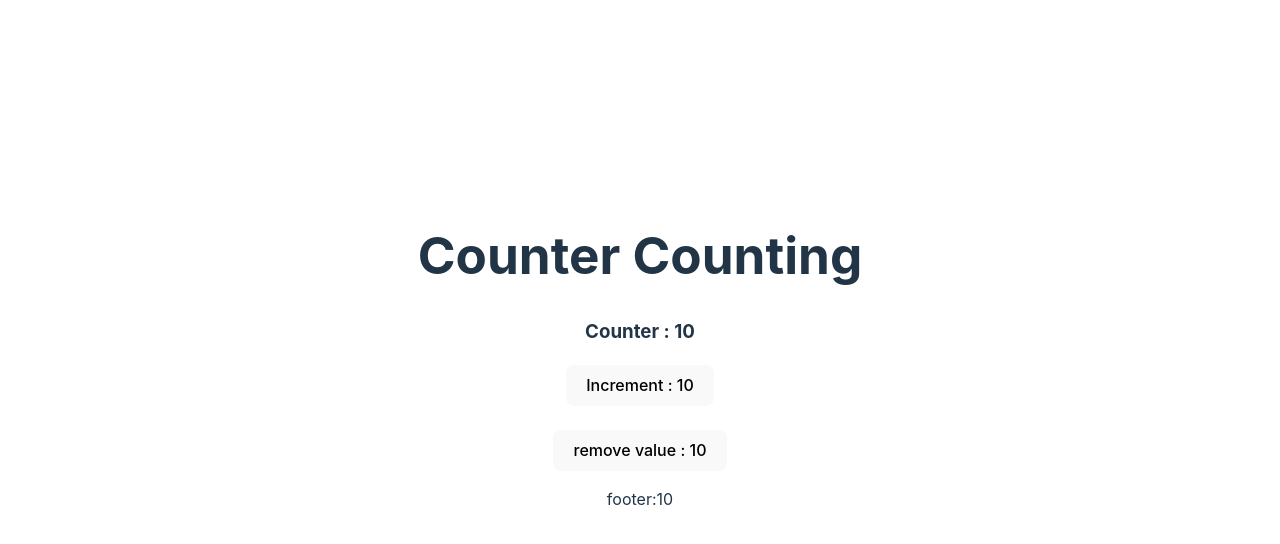
Repository: ARUN-YERRAM/REACTLEARNING
Page: / (app in 02counter/)
These files come from the project's save history. The page is drawn as it stood at one moment and after the next save; the edit follows.
The browser window is 1280 px wide. The pictures show the whole page.
The project was rebuilt for these pictures with package versions that can differ from the ones it lists, and the page was loaded fresh each time. Also part of the build but not shown: 02counter/vite.config.js.

Above is the page before, as saved 2024-09-16 16:02:20.

After the next save:
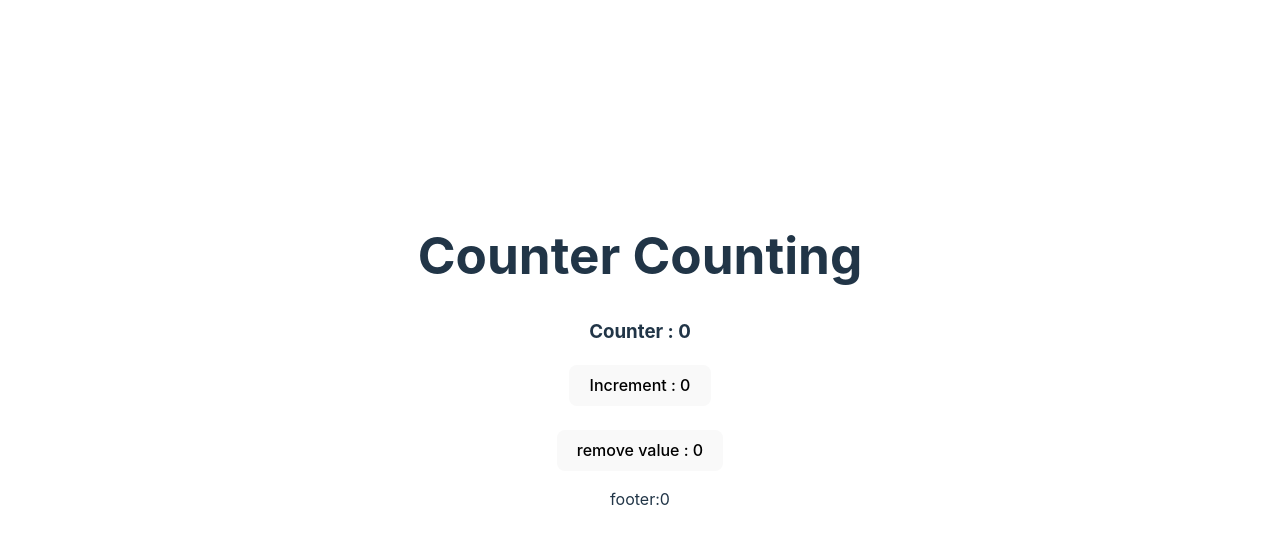
Saved 22 s later.
--- a/02counter/src/App.jsx
+++ b/02counter/src/App.jsx
@@ -1,28 +1,28 @@
-// import { useState } from 'react'
+import { useState } from 'react'
 // import reactLogo from './assets/react.svg'
 // import viteLogo from '/vite.svg'
 import './App.css'
 
 function App() {
-  let counter = 10;
+  // let counter = 10;
 
-  // const [counter,setCounter] = useState(0);
+  const [counter,setCounter] = useState(0);
 
   const addValue = () => {
     console.log("Value added:",counter);
-    // setCounter(counter+1);
-    counter++;
+    setCounter(counter+1);
+    // counter++;
   }
   const removeValue = () => {
     if(counter > 0){
     console.log("Value decreased:",counter)
-    // setCounter(counter-1);
-    counter--;
+    setCounter(counter-1);
+    // counter--;
     } else {
-      // console.log("Count can't be negative");
-      // setCounter(counter+1);
+      console.log("Count can't be negative");
+      setCounter(counter+1);
       // break;
-      counter++;
+      // counter++;
     }
   }
 
